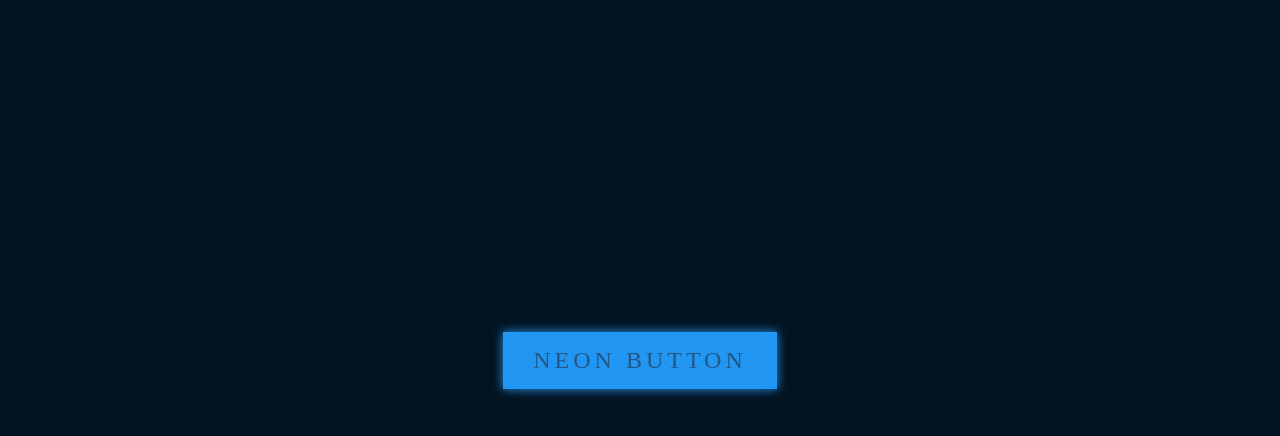
Repository: kiranjeetkaur01/csseffectneonbutton.github.io
Page: index.html
An editor plug-in stored every save of this project. The page is shown before and after the next save, followed by the edit.
The browser window is 1280 px wide. The pictures show the whole page.
The pointer rests on the first visible `a`.

Above is the page before, as saved 2023-09-09 21:37:41.

### index.html
<!DOCTYPE html>
<html lang="en">
<head>
    <meta charset="UTF-8">
    <meta name="viewport" content="width=device-width, initial-scale=1.0">
    <title>Neon Button</title>
    <link rel="stylesheet" href="style.css">
</head>
<body>
    <a href="#">
        <span></span>
        <span></span>
        <span></span>
        <span></span>
        Neon Button
    </a>
</body>
</html>

### style.css
*{
    margin: 0;
    padding: 0;
    box-sizing: border-box;
}
body,html{
    display: flex;
    justify-content: center;
    align-items: center;
    min-height: 100vh;
    background: #031321;
    font-family: gilroy ;

}
a{
    position: relative;
    display: inline-block;
    padding: 15px 30px;
    color: #2196f3;
    text-transform: uppercase;
    letter-spacing: 4px;
    text-decoration: none;
    font-size: 24px;
    overflow: hidden;
    transition: 0.2s;
}
a:hover{
    color:#255784;
    background: #2196f3;
    box-shadow: 0 0 10px #2196f3;
}

After the next save:
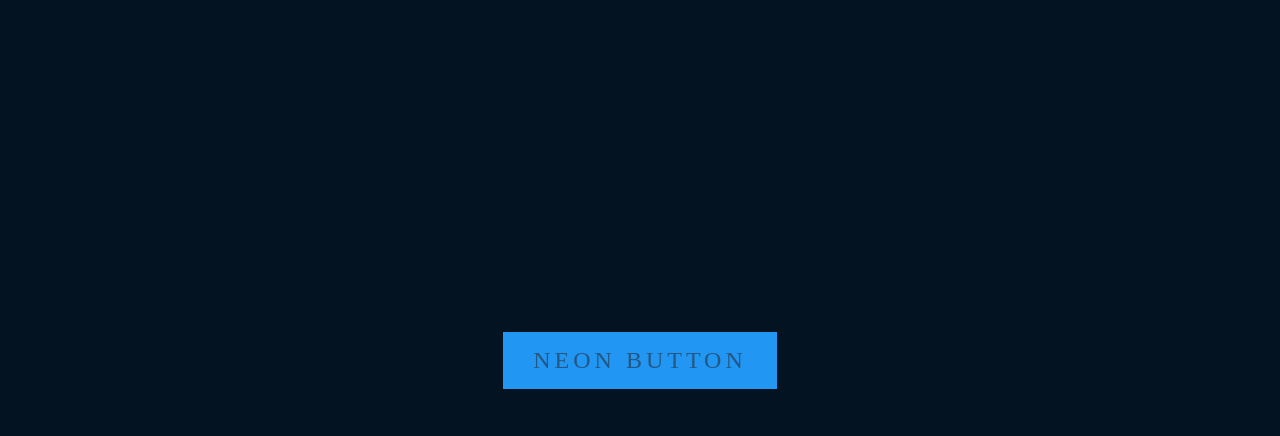
Saved 6 s later.
--- a/style.css
+++ b/style.css
@@ -27,5 +27,5 @@ a{
 a:hover{
     color:#255784;
     background: #2196f3;
-    box-shadow: 0 0 10px #2196f3;
+    box-shadow: 0 0 10px #2196f3,;
 }
